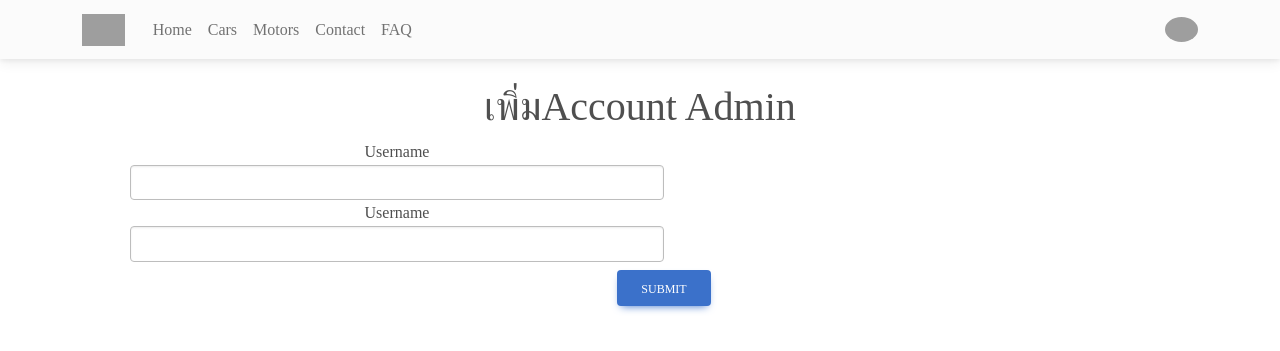
Repository: armychawakorn/Rent4U-Java
Page: http://localhost/miniproject/Admin/addusers.jsp
The author's editor kept a copy of each file at every save. The page is drawn from the files as they stood at one save, then again after the next save.
The browser window is 1280 px wide. The pictures show the whole page.
Pictures or frames that could not be fetched are drawn as grey boxes. Some web fonts or font styles are not loaded; a fallback is used. Some web libraries are served in a nearby version. The page is served by Tomcat 9.

Above is the page before, as saved 2023-10-28 19:47:21.

After the next save:
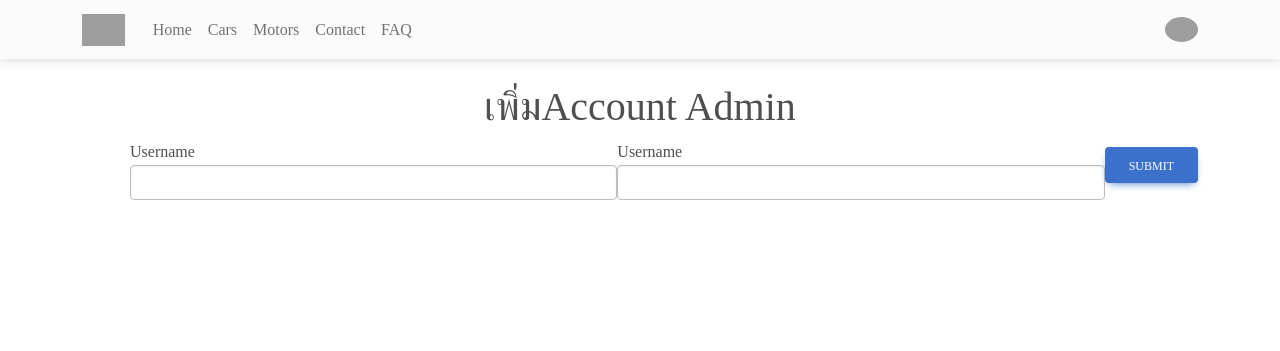
Saved 13 s later.
--- a/miniproject/src/main/webapp/Admin/addusers.jsp
+++ b/miniproject/src/main/webapp/Admin/addusers.jsp
@@ -24,7 +24,7 @@
 		<div class="pt-4 text-center">
 			<h1>เพิ่มAccount Admin</h1>
 		</div>
-		<form action="../Backend/AddUser.jsp" method="POST" class="ps-5 text-center">
+		<form action="../Backend/AddUser.jsp" method="POST" class="ps-5 d-flex justify-content-center">
 			<div class="form-group w-50">
 				<label for="Customer">Username</label>
 				<input type="text" id="username" name="username" class="form-control">
